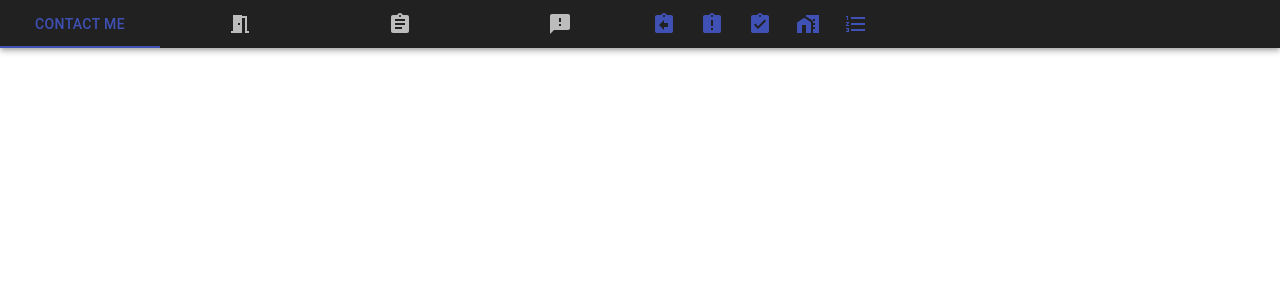
Repository: hossamsulleman1/CONTACTME
Page: / (app in my-app/)
The author's editor kept a copy of each file at every save. The page is drawn from the files as they stood at one save, then again after a run of saves.
The browser window is 1280 px wide. The pictures show the whole page.
The project was rebuilt for these pictures with package versions that can differ from the ones it lists, and the page was loaded fresh each time. Also part of the build but not shown: my-app/src/Components/ProfileFolder/FriendsAvatarList.jsx, my-app/src/Components/ProfileFolder/Content.jsx, my-app/src/Components/Preview.jsx, my-app/src/Components/BottomNav.jsx.

Above is the page before, as saved 2020-11-09 11:02:24.

### my-app/src/App.js
import "./App.css";
import IconNav from "./Components/IconNav";
import { createMuiTheme, ThemeProvider } from "@material-ui/core/styles";

const theme = createMuiTheme({
  palette: {
    type: "dark",
  },
});

function App() {
  return (
    <ThemeProvider theme={theme}>
      <IconNav></IconNav>
    </ThemeProvider>
  );
}

export default App;

### my-app/src/App.css
.App {
  text-align: center;
}

.floatRight {
  float: right;
}

.flexbox {
 display: flex;
}

.App-logo {
  height: 40vmin;
  pointer-events: none;
}

@media (prefers-reduced-motion: no-preference) {
  .App-logo {
    animation: App-logo-spin infinite 20s linear;
  }
}

.App-header {
  background-color: #282c34;
  min-height: 100vh;
  display: flex;
  flex-direction: column;
  align-items: center;
  justify-content: center;
  font-size: calc(10px + 2vmin);
  color: white;
}

.App-link {
  color: #61dafb;
}

@keyframes App-logo-spin {
  from {
    transform: rotate(0deg);
  }
  to {
    transform: rotate(360deg);
  }
}

### my-app/src/Components/IconNav.jsx
import React from "react";
import PropTypes from "prop-types";
import { makeStyles } from "@material-ui/core/styles";
import AppBar from "@material-ui/core/AppBar";
import Tabs from "@material-ui/core/Tabs";
import Tab from "@material-ui/core/Tab";
import Typography from "@material-ui/core/Typography";
import Box from "@material-ui/core/Box";
import PhoneIcon from "@material-ui/icons/Phone";
import PageProp from "./PageProp";
import Button from "@material-ui/core/Button";
import Content from "./ProfileFolder/Content";
import MeetingRoomIcon from "@material-ui/icons/MeetingRoom";
import HomeWorkIcon from "@material-ui/icons/HomeWork";
import IconButton from "@material-ui/core/IconButton";
import "../App.css";
import Preview from "./Preview";
import FormatListNumberedIcon from "@material-ui/icons/FormatListNumbered";
import AssignmentTurnedInIcon from "@material-ui/icons/AssignmentTurnedIn";
import AssignmentReturnIcon from "@material-ui/icons/AssignmentReturn";
import AssignmentLateIcon from "@material-ui/icons/AssignmentLate";
import AssignmentIcon from "@material-ui/icons/Assignment";
import BottomNav from "./BottomNav";
import SmsFailedIcon from "@material-ui/icons/SmsFailed";

function TabPanel(props) {
  const { children, value, index, ...other } = props;

  return (
    <div
      role="tabpanel"
      hidden={value !== index}
      id={`scrollable-auto-tabpanel-${index}`}
      aria-labelledby={`scrollable-auto-tab-${index}`}
      {...other}
    >
      {value === index && (
        <Box p={3}>
          <Typography>{children}</Typography>
        </Box>
      )}
    </div>
  );
}

TabPanel.propTypes = {
  children: PropTypes.node,
  index: PropTypes.any.isRequired,
  value: PropTypes.any.isRequired,
};

function a11yProps(index) {
  return {
    id: `scrollable-auto-tab-${index}`,
    "aria-controls": `scrollable-auto-tabpanel-${index}`,
  };
}

const useStyles = makeStyles((theme) => ({
  root: {
    flexGrow: 1,
    width: "100%",
    backgroundColor: theme.palette.background.paper,
  },
}));

export default function IconNav() {
  const classes = useStyles();
  const [value, setValue] = React.useState(0);

  const handleChange = (event, newValue) => {
    setValue(newValue);
  };

  return (
    <div className={classes.root}>
      <AppBar position="static" color="default">
        <Tabs
          value={value}
          onChange={handleChange}
          indicatorColor="primary"
          textColor="primary"
          variant="scrollable"
          scrollButtons="auto"
          aria-label="scrollable auto tabs example"
        >
          {/* <div className="floatRight">
            <IconButton
              aria-label="delete"
              href="https://semptiareact.web.app/"
            >
              <HomeWorkIcon></HomeWorkIcon>
            </IconButton>
          </div> */}
          {/* <Tab icon={<PhoneIcon />} label="ME" {...a11yProps(0)} />
          <Tab icon={<PhoneIcon />} label="Linked In" {...a11yProps(1)} /> */}
          {/* <Tab label="Facebook" {...a11yProps(2)} />
          <Tab label="Instagram" {...a11yProps(3)} />
          <Tab label="Snapchat" {...a11yProps(4)} /> */}
          <Tab label="CONTACT ME" {...a11yProps(0)} />
          <Tab icon={<MeetingRoomIcon />} {...a11yProps(1)} />
          <Tab icon={<AssignmentIcon />} {...a11yProps(2)} />
          <Tab icon={<SmsFailedIcon />} {...a11yProps(3)} />

          <div className="flexbox">
            <div className="floatRight">
              <IconButton
                color="primary"
                aria-label="delete"
                href="https://semptiareact.web.app/"
              >
                <AssignmentReturnIcon />
                {/* GOES TO SEMPTIA TASK TRACKING PAGE  */}
              </IconButton>
            </div>
            <div className="floatRight">
              <IconButton
                color="primary"
                aria-label="delete"
                href="https://semptiareact.web.app/"
              >
                <AssignmentLateIcon />
                {/* GOES TO SEMPTIA TASK TRACKING PAGE  */}
              </IconButton>
            </div>
            <div className="floatRight">
              <IconButton
                color="primary"
                aria-label="delete"
                href="https://semptiareact.web.app/"
              >
                <AssignmentTurnedInIcon />
                {/* GOES TO SEMPTIA TASK TRACKING PAGE  */}
              </IconButton>
            </div>
            {/* these buttons can find info on task complete a task ect as a snackbar notif  */}
            <div className="floatRight">
              <IconButton
                color="primary"
                aria-label="delete"
                href="https://semptiareact.web.app/"
              >
                <HomeWorkIcon></HomeWorkIcon>
              </IconButton>
            </div>
            <div className="floatRight">
              <IconButton
                color="primary"
                aria-label="delete"
                href="https://semptiareact.web.app/"
              >
                <FormatListNumberedIcon></FormatListNumberedIcon>
                {/* GOES TO SEMPTIA TASK TRACKING PAGE  */}
              </IconButton>
            </div>
          </div>
        </Tabs>
      </AppBar>
      {/* <TabPanel value={value} index={0}>
        <Preview></Preview>
      </TabPanel>
      <TabPanel value={value} index={1}>
        <PageProp name="Linked In"></PageProp>
      </TabPanel>
      <TabPanel value={value} index={2}>
        <PageProp name="Facebook"></PageProp>
      </TabPanel>
      <TabPanel value={value} index={3}>
        <PageProp name="Instagram"></PageProp>
      </TabPanel> */}



      <TabPanel value={value} index={3}>
        <PageProp name="Instagram"></PageProp>
      </TabPanel>

      <TabPanel value={value} index={4}>
        Item Five
      </TabPanel>
      <TabPanel value={value} index={4}>
        <BottomNav></BottomNav>
      </TabPanel>
      <TabPanel value={value} index={6}>
        {/* make this just a icon thing and have it have a load screen sucess load and this unlocks door and shows stats about door ect not a tab  */}
      </TabPanel>
    </div>
  );
}

### my-app/src/Components/PageProp.jsx
import React from 'react'
import Button from '@material-ui/core/Button';


function PageProp(props) {


    return (
<div>
    <Button>
        ADD {props.name}
    </Button>
</div>
    )
}

export default PageProp;

Loaded but not shown: my-app/public/index.html (common file); my-app/src/index.js (common file); my-app/src/index.css (common file); my-app/src/reportWebVitals.js (common file)

After the next 8 saves:
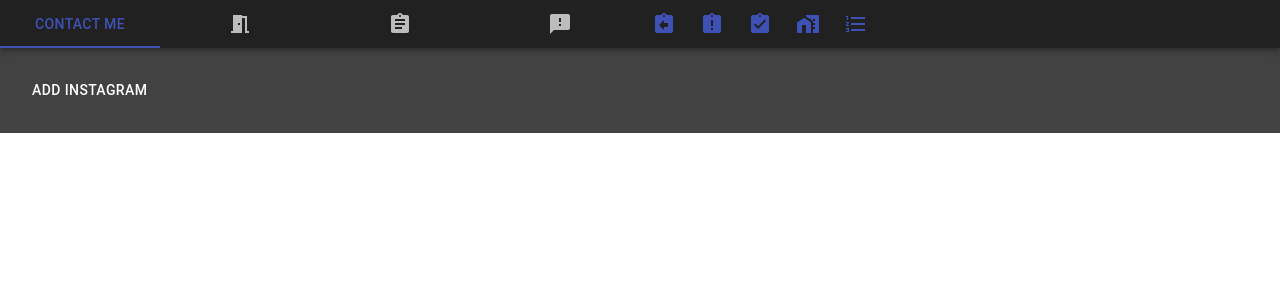
The 8 saves are shown as one change because 1 did not build or start and some came seconds apart.
The last was saved 23 s later.
--- a/my-app/src/Components/IconNav.jsx
+++ b/my-app/src/Components/IconNav.jsx
@@ -171,17 +171,17 @@ export default function IconNav() {
 
 
 
-      <TabPanel value={value} index={3}>
+      <TabPanel value={value} index={0}>
         <PageProp name="Instagram"></PageProp>
       </TabPanel>
 
-      <TabPanel value={value} index={4}>
+      <TabPanel value={value} index={1}>
         Item Five
       </TabPanel>
-      <TabPanel value={value} index={4}>
+      <TabPanel value={value} index={3}>
         <BottomNav></BottomNav>
       </TabPanel>
-      <TabPanel value={value} index={6}>
+      <TabPanel value={value} index={2}>
         {/* make this just a icon thing and have it have a load screen sucess load and this unlocks door and shows stats about door ect not a tab  */}
       </TabPanel>
     </div>
